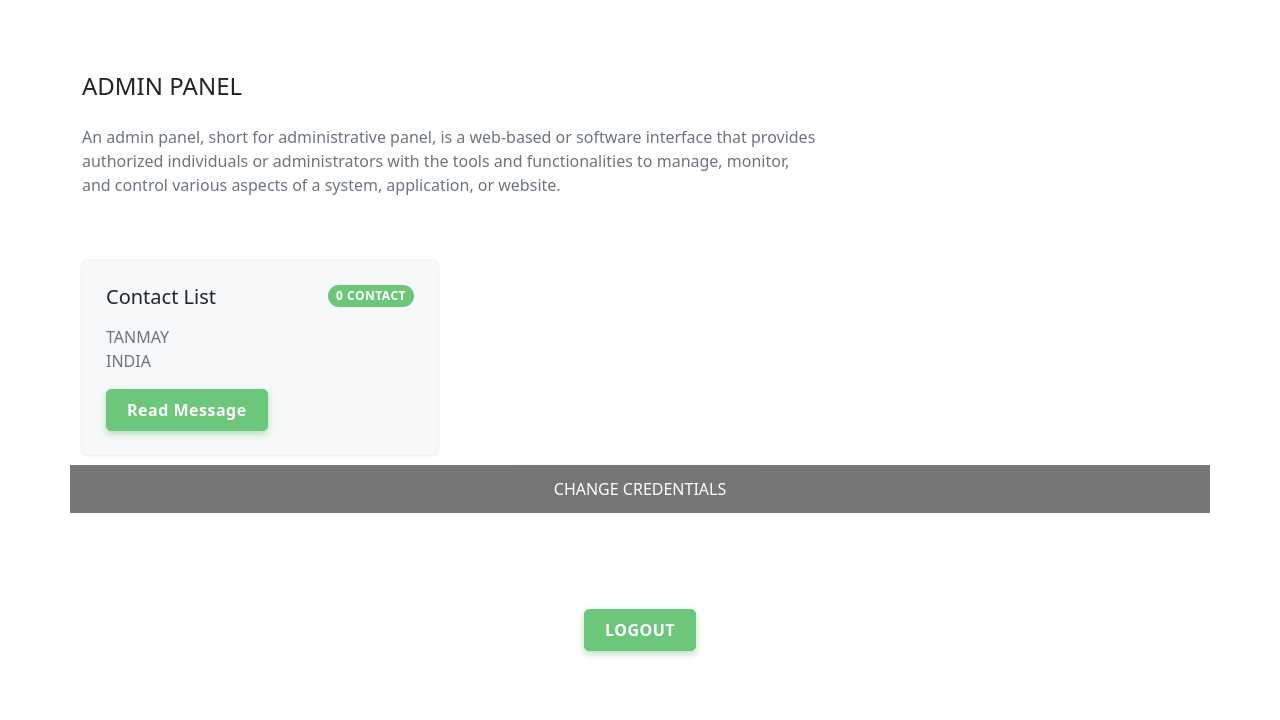
Repository: Tanmay-Kayande/Myportfolio
Page: http://localhost/myproject/admin.jsp
The author's editor kept a copy of each file at every save. The page is drawn from the files as they stood at one save, then again after the next save.
The browser window is 1280 px wide. The pictures show the whole page.
After loading, the first visible `button.open-button` was clicked once.
Some web libraries are served in a nearby version. The page is served by Tomcat 9. The session is filled in as if someone had signed in: {"login": "exist"}. Other server files are loaded and not shown.

Above is the page before, as saved 2024-01-19 13:52:32.
Console error: ReferenceError: openForm is not defined

### myproject/src/main/webapp/admin.jsp

<%@page import="com.dao.MessageDao"%>
<%
String value = (String) session.getAttribute("login");
if (value == null) {
	response.sendRedirect("login.jsp");
	return;
}
%>

<!DOCTYPE html>
<html lang="en">

<head>
<meta charset="utf-8">


<title>find jobs cards - Bootdey.com</title>
<meta name="viewport" content="width=device-width, initial-scale=1">
<link
	href="https://cdn.jsdelivr.net/npm/bootstrap@5.2.0/dist/css/bootstrap.min.css"
	rel="stylesheet">
<style type="text/css">
body {
	margin-top: 20px;
}

.shadow {
	box-shadow: 0 0 3px rgb(53 64 78/ 20%) !important;
}

.rounded {
	border-radius: 5px !important;
}

.bg-light {
	background-color: #f7f8fa !important;
}

.bg-primary, .btn-primary, .btn-outline-primary:hover,
	.btn-outline-primary:focus, .btn-outline-primary:active,
	.btn-outline-primary.active, .btn-outline-primary.focus,
	.btn-outline-primary:not(:disabled):not(.disabled):active,
	.badge-primary, .nav-pills .nav-link.active, .pagination .active a,
	.custom-control-input:checked ~.custom-control-label:before, #preloader #status .spinner>div,
	.social-icon li a:hover, .back-to-top:hover, .back-to-home a, ::selection,
	#topnav .navbar-toggle.open span:hover, .owl-theme .owl-dots .owl-dot.active span,
	.owl-theme .owl-dots.clickable .owl-dot:hover span, .watch-video a .play-icon-circle,
	.sidebar .widget .tagcloud>a:hover, .flatpickr-day.selected,
	.flatpickr-day.selected:hover, .tns-nav button.tns-nav-active,
	.form-check-input.form-check-input:checked {
	background-color: #6dc77a !important;
}

.badge {
	padding: 5px 8px;
	border-radius: 3px;
	letter-spacing: 0.5px;
	font-size: 12px;
}

.btn-primary, .btn-outline-primary:hover, .btn-outline-primary:focus,
	.btn-outline-primary:active, .btn-outline-primary.active,
	.btn-outline-primary.focus, .btn-outline-primary:not(:disabled):not(.disabled):active
	{
	box-shadow: 0 3px 7px rgb(109 199 122/ 50%) !important;
}

.btn-primary, .btn-outline-primary, .btn-outline-primary:hover,
	.btn-outline-primary:focus, .btn-outline-primary:active,
	.btn-outline-primary.active, .btn-outline-primary.focus,
	.btn-outline-primary:not(:disabled):not(.disabled):active,
	.bg-soft-primary .border, .alert-primary, .alert-outline-primary,
	.badge-outline-primary, .nav-pills .nav-link.active, .pagination .active a,
	.form-group .form-control:focus, .form-group .form-control.active,
	.custom-control-input:checked ~.custom-control-label:before,
	.custom-control-input:focus ~.custom-control-label::before,
	.form-control:focus, .social-icon li a:hover, #topnav .has-submenu.active.active .menu-arrow,
	#topnav.scroll .navigation-menu>li:hover>.menu-arrow, #topnav.scroll .navigation-menu>li.active>.menu-arrow,
	#topnav .navigation-menu>li:hover>.menu-arrow, .flatpickr-day.selected,
	.flatpickr-day.selected:hover, .form-check-input:focus,
	.form-check-input.form-check-input:checked, .container-filter li.active,
	.container-filter li:hover {
	border-color: #6dc77a !important;
}

.bg-primary, .btn-primary, .btn-outline-primary:hover,
	.btn-outline-primary:focus, .btn-outline-primary:active,
	.btn-outline-primary.active, .btn-outline-primary.focus,
	.btn-outline-primary:not(:disabled):not(.disabled):active,
	.badge-primary, .nav-pills .nav-link.active, .pagination .active a,
	.custom-control-input:checked ~.custom-control-label:before, #preloader #status .spinner>div,
	.social-icon li a:hover, .back-to-top:hover, .back-to-home a, ::selection,
	#topnav .navbar-toggle.open span:hover, .owl-theme .owl-dots .owl-dot.active span,
	.owl-theme .owl-dots.clickable .owl-dot:hover span, .watch-video a .play-icon-circle,
	.sidebar .widget .tagcloud>a:hover, .flatpickr-day.selected,
	.flatpickr-day.selected:hover, .tns-nav button.tns-nav-active,
	.form-check-input.form-check-input:checked {
	background-color: #6dc77a !important;
}

.btn {
	padding: 8px 20px;
	outline: none;
	text-decoration: none;
	font-size: 16px;
	letter-spacing: 0.5px;
	transition: all 0.3s;
	font-weight: 600;
	border-radius: 5px;
}

.btn-primary {
	background-color: #6dc77a !important;
	border: 1px solid #6dc77a !important;
	color: #fff !important;
	box-shadow: 0 3px 7px rgb(109 199 122/ 50%);
}

a {
	text-decoration: none;
}

 {box-sizing: border-box;}

/* Button used to open the contact form - fixed at the bottom of the page */
.open-button {

  background-color: #555;
  color: white;
  padding: 12px 20px;
  border: none;
  cursor: pointer;
  opacity: 0.8;
  bottom: 30px;
  margin-right: auto;
  margin-left: auot;
  margin-bottom: 30px;
  margin-top:10px;
}

/* The popup form - hidden by default */
.form-popup {
  display: none;
  position: fixed;
  bottom: 0;
  right: 15px;
  border: 3px solid #f1f1f1;
  z-index: 9;
}

/* Add styles to the form container */
.form-container {
  max-width: 300px;
  padding: 10px;
  background-color: white;
}

/* Full-width input fields */
.form-container input[type=text], .form-container input[type=password] {
  width: 100%;
  padding: 15px;
  margin: 5px 0 22px 0;
  border: none;
  background: #f1f1f1;
}

/* When the inputs get focus, do something */
.form-container input[type=text]:focus, .form-container input[type=password]:focus {
  background-color: #ddd;
  outline: none;
}

/* Set a style for the submit/login button */
.form-container .btn {
  background-color: #04AA6D;
  color: white;
  padding: 16px 20px;
  border: none;
  cursor: pointer;
  width: 100%;
  margin-bottom:10px;
  opacity: 0.8;
}

/* Add a red background color to the cancel button */
.form-container .cancel {
  background-color: red;
}

/* Add some hover effects to buttons */
.form-container .btn:hover, .open-button:hover {
  opacity: 1;
}

</style>
</head>

<body>

	<div class="container mt-5 pt-4">
		<div class="row align-items-end mb-4 pb-2">
			<div class="col-md-8">
				<div class="section-title text-center text-md-start">
					<h4 class="title mb-4">ADMIN PANEL</h4>
					<p class="text-muted mb-0 para-desc">An admin panel, short for
						administrative panel, is a web-based or software interface that
						provides authorized individuals or administrators with the tools
						and functionalities to manage, monitor, and control various
						aspects of a system, application, or website.</p>
				</div>
			</div>

		</div>
		<div class="row">
			<div class="col-lg-4 col-md-6 col-12 mt-4 pt-2">
				<div class="card border-0 bg-light rounded shadow">
					<div class="card-body p-4">

					<%int count = new MessageDao().count(); %>
						<span class="badge rounded-pill bg-primary float-md-end mb-3 mb-sm-0"><%=count %> CONTACT	</span>
						<h5>Contact List</h5>
						<div class="mt-3">
							<span class="text-muted d-block"><i class="fa fa-home"
								aria-hidden="true"></i> <a href="#" target="_blank"
								class="text-muted">TANMAY</a></span> <span class="text-muted d-block"><i
								class="fa fa-map-marker" aria-hidden="true"></i> INDIA</span>
						</div>
						<div class="mt-3">
							<a href="read-message.jsp" class="btn btn-primary">Read
								Message</a>
						</div>
					</div>
				</div>
			</div>


			<!-- A button to open the popup form -->
			<button class="open-button" onclick="openForm()">CHANGE
				CREDENTIALS</button>

			<!-- The form -->
			<div class="form-popup" id="myForm">
				<form action="Auth" method="post" class="form-container">
					<h1>Login</h1>

					<label for="email"><b>Old Password</b></label> <input type="text"
						placeholder="Enter old password" name="opass" required> <label
						for="psw"><b>New Password</b></label> <input type="password"
						placeholder="Enter Password" name="npass" required> <label
						for="psw"><b>Confirm Password</b></label> <input type="password"
						placeholder="Enter Confirm Password" name="cpass" required>

					<input type="hidden" name="check" value="change">

					<button type="submit" class="btn">Update</button>
					<button type="button" class="btn cancel" onclick="closeForm()">Close</button>
				</form>
			</div>


			<div style="text-align: center; padding-top: 50px;" class="mt-3">
				<form action="Auth" method="post">
					<input type ="hidden" name = "check" value = "Logout">
					<button class="btn btn-primary">LOGOUT</button>
				</form>
			</div>

		</div>
	</div>
	<script src="https://code.jquery.com/jquery-1.10.2.min.js"></script>
	<script
		src="https://cdn.jsdelivr.net/npm/bootstrap@5.2.0/dist/js/bootstrap.bundle.min.js"></script>
	<script type="text/javascript">

	</script>
</body>

</html>

### myproject/src/main/java/com/dao/InsertDao.java
package com.dao;

import java.util.ArrayList;

public interface InsertDao {

	public String Insert(ArrayList<Object> al);
}

### myproject/src/main/java/com/dao/ReadDao.java
package com.dao;

import java.util.ArrayList;

public interface ReadDao {

	public ArrayList<Object> read();
}

### myproject/src/main/java/com/dao/DeleteDao.java
package com.dao;

public interface DeleteDao {

	public String delete(int sn);
}

### myproject/src/main/java/com/dao/MessageDao.java
package com.dao;

import java.sql.Connection;
import java.sql.PreparedStatement;
import java.sql.ResultSet;
import java.time.LocalDateTime;
import java.util.ArrayList;

import com.pojo.MessagePojo;

public class MessageDao implements InsertDao, ReadDao, DeleteDao {


	private Connection connection;
	private String sql;
	private PreparedStatement prepareStatement;
	private int row;
	private String result;
	private ResultSet rs;

	@SuppressWarnings("finally")
	@Override
	public String Insert(ArrayList<Object> al) {

		try {

			connection = ConnectionFactory.getConnection();
			sql = "insert into message(name, email, message, date) values(?,?,?,?)";
			prepareStatement = connection.prepareStatement(sql);
			prepareStatement.setString(1, (String)al.get(0));
			prepareStatement.setString(2, (String)al.get(1));
			prepareStatement.setString(3, (String)al.get(2));
			prepareStatement.setString(4, LocalDateTime.now().toString());

			row = prepareStatement.executeUpdate();
			if(row==1) {
				result = "saved";
			}

		} catch (Exception e) {
			result = "failed";
			e.printStackTrace();
		}
		finally {
			return result;
		}
	}

	@SuppressWarnings("finally")
	@Override
	public ArrayList<Object> read() {

		ArrayList<Object> ar = new ArrayList<>();

		try {
			connection = ConnectionFactory.getConnection();
			sql = "select * from message";
			prepareStatement = connection.prepareStatement(sql);
			rs = prepareStatement.executeQuery();
			while(rs.next()) {
				MessagePojo m = new MessagePojo(rs.getInt("sn"), rs.getString("name"), rs.getString("email"), rs.getString("message"),
						rs.getString("date"));
				ar.add(m);
			}

		} catch (Exception e) {

			e.printStackTrace();
		}
		finally {

			return ar;
		}
	}

	@SuppressWarnings("finally")
	public int count() {

		int no_of_message = 0;
		try {
			connection = ConnectionFactory.getConnection();
			sql = "select count(*) as count from message";
			prepareStatement = connection.prepareStatement(sql);
			rs = prepareStatement.executeQuery();
			rs.next();
			no_of_message = rs.getInt("count");

		} catch (Exception e) {
			e.printStackTrace();
		}
		finally {

			return no_of_message;
		}


	}

	@SuppressWarnings("finally")
	@Override
	public String delete(int sn) {

		try {

			connection = ConnectionFactory.getConnection();
			sql = "delete from message where sn = ?";
			prepareStatement = connection.prepareStatement(sql);
			prepareStatement.setInt(1, sn);
			row = prepareStatement.executeUpdate();
			if(row==1) {
				result = "deleted";
			}

		} catch (Exception e) {
			result = "failed";
			e.printStackTrace();
		}
		finally {
			return result;
		}


	}


}

### myproject/src/main/java/com/dao/ConnectionFactory.java
package com.dao;

import java.sql.Connection;

import com.mysql.cj.jdbc.MysqlDataSource;

public class ConnectionFactory {

	private static Connection connection;
	@SuppressWarnings("finally")
	public static Connection getConnection() {
		try {

			MysqlDataSource mysql = new MysqlDataSource();
			mysql.setUrl("jdbc:mysql://localhost:3306/myportfolio");
			mysql.setUser("root");
			mysql.setPassword("pass");

			connection = mysql.getConnection();


		} catch (Exception e) {

			e.printStackTrace();
		}
		finally {
			return connection;
		}

	}


}

After the next save:
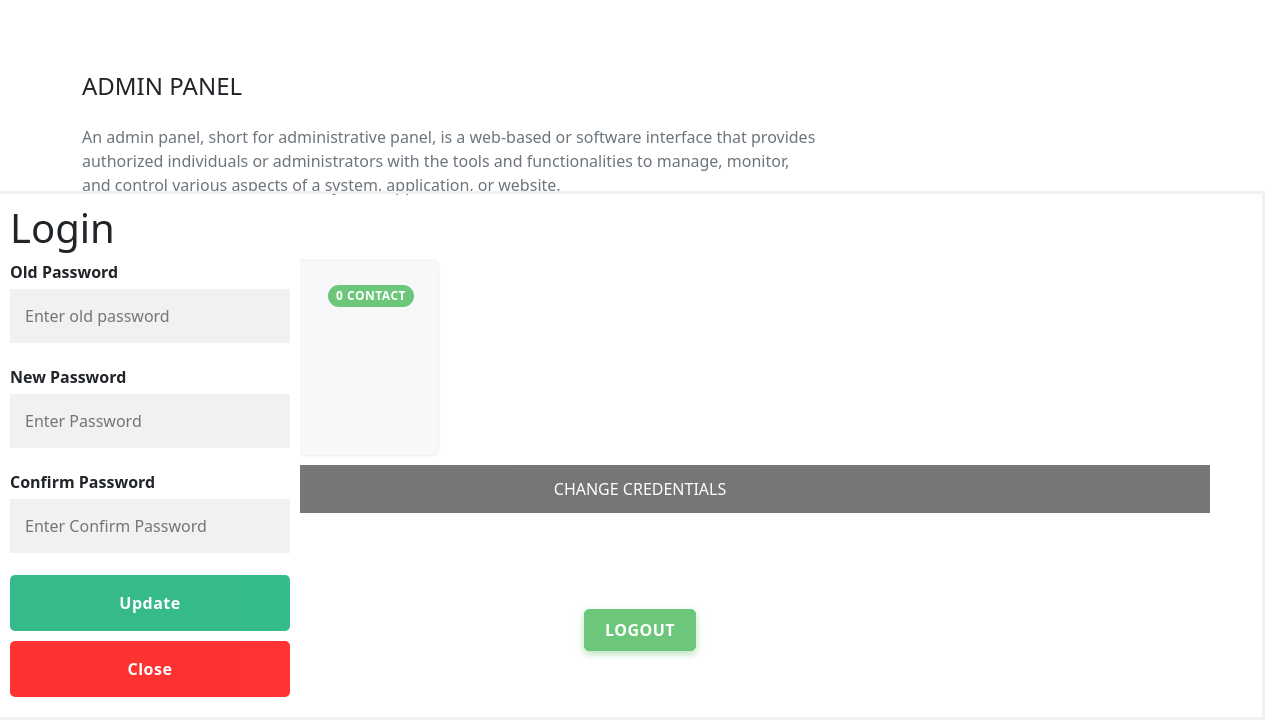
The error is gone.
Saved 3 min 39 s later.
--- a/myproject/src/main/webapp/admin.jsp
+++ b/myproject/src/main/webapp/admin.jsp
@@ -268,6 +268,16 @@ a {
 
 		</div>
 	</div>
+
+	<script>
+		function openForm() {
+			document.getElementById("myForm").style.display = "block";
+		}
+
+		function closeForm() {
+			document.getElementById("myForm").style.display = "none";
+		}
+	</script>
 	<script src="https://code.jquery.com/jquery-1.10.2.min.js"></script>
 	<script
 		src="https://cdn.jsdelivr.net/npm/bootstrap@5.2.0/dist/js/bootstrap.bundle.min.js"></script>
